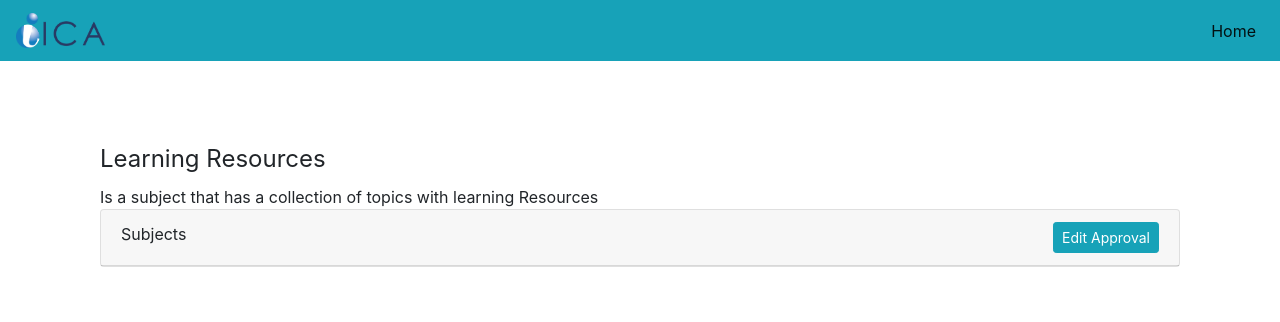
Repository: glorybarcelita/project-ica
Page: http://localhost/learningresources
The author's editor kept a record of every edit. The page is drawn from the files as they stood at one moment, then again after the next edit.
The browser window is 1280 px wide. The pictures show the whole page.
Some web libraries are served in a nearby version. The page is served by the project's Laravel application, run on PHP 8.4 with Laravel 8. Other server files are loaded and not shown. Queries for data that is not in the repository find no rows.

Above is the page before.

### workspace/routes/web.php
<?php

/*
|--------------------------------------------------------------------------
| Web Routes
|--------------------------------------------------------------------------
|
| Here is where you can register web routes for your application. These
| routes are loaded by the RouteServiceProvider within a group which
| contains the "web" middleware group. Now create something great!
|
*/

Route::get('/', function () {
    return view('welcome');
});

Auth::routes();

Route::get('/home', 'HomeController@index')->name('home');

Route::resource('users','UserController')->except(['delete','show1']);
Route::resource('courses','CourseController');
Route::resource('subjects','SubjectController');
Route::resource('syllabus','SyllabusController');
Route::resource('learningresources','LearningResourcesConroller');
Route::resource('subjecttopic','SubjectTopicController');
Route::resource('dashboard','DashboardController');

### workspace/app/Http/Controllers/LearningResourcesConroller.php
<?php

namespace App\Http\Controllers;
use App\Models\Subjects;
use Illuminate\Http\Request;

class LearningResourcesConroller extends Controller
{
    /**
     * Display a listing of the resource.
     *
     * @return \Illuminate\Http\Response
     */
    public function index()
    {
        return view('learningresources.index')
            ->with(
                'subjects',Subjects::all()
            );
    }

    /**
     * Show the form for creating a new resource.
     *
     * @return \Illuminate\Http\Response
     */
    public function create()
    {
        //
    }

    /**
     * Store a newly created resource in storage.
     *
     * @param  \Illuminate\Http\Request  $request
     * @return \Illuminate\Http\Response
     */
    public function store(Request $request)
    {
        //
    }

    /**
     * Display the specified resource.
     *
     * @param  int  $id
     * @return \Illuminate\Http\Response
     */
    public function show($id)
    {
         $subjects = Subjects::find($id);
         return view('subjecttopic.index')->with('subjects', $subjects);
    }

    /**
     * Show the form for editing the specified resource.
     *
     * @param  int  $id
     * @return \Illuminate\Http\Response
     */
    public function edit($id)
    {
        //
    }

    /**
     * Update the specified resource in storage.
     *
     * @param  \Illuminate\Http\Request  $request
     * @param  int  $id
     * @return \Illuminate\Http\Response
     */
    public function update(Request $request, $id)
    {
        //
    }

    /**
     * Remove the specified resource from storage.
     *
     * @param  int  $id
     * @return \Illuminate\Http\Response
     */
    public function destroy($id)
    {
        //
    }
}

### workspace/app/Models/Subjects.php
<?php

namespace App\Models;

use Illuminate\Database\Eloquent\Model;

class Subjects extends Model
{
    public function courses()
    {
        return $this->belongsTo('App\Models\Course','course_id','id');
    }
}

### workspace/resources/views/learningresources/index.blade.php
@extends('layouts..app')
@section('content')
 <div class="container mt-4">
     <legend>Learning Resources</legend>
     <muted>Is a subject that has a collection of topics with learning Resources</muted>
    <div class="card card-info">
        <div class="card-header">
            Subjects
            <a href="" class="btn btn-sm btn-info float-right">Edit Approval</a>
        </div>
        <div class="row">
                @foreach($subjects as $subject)
                <div class="col-sm-3">
                    <div class="card border-info my-3 mx-3" style="max-width: 20rem;">
                      <div class="card-header"><h5><a href="{{ route('learningresources.show',['id' => $subject->id] ) }}" class="label text-info">{{ $subject->name }}</a></h5></div>

                      <div class="card-body">
                          <h6 class="text-info">Description</h6>
                          <p class="card-text">{{ $subject->description }}</p>
                          <h6 class="text-info">Lecturer</h6>
                          <p class="card-text">{{ $subject->user_id}}</p>
                      </div>
                      <div class="card-footer">
                          <button class="btn btn-info" data-toggle="modal" data-target="#updateIcaSubject">Update</button>
                      </div>
                    </div>
                </div>
                @endforeach

        </div>

    </div>
</div>


@endsection

### workspace/resources/views/layouts/app.blade.php
<!DOCTYPE html>
<html lang="{{ app()->getLocale() }}">
<head>
    <meta charset="utf-8">
    <meta http-equiv="X-UA-Compatible" content="IE=edge">
    <meta name="viewport" content="width=device-width, initial-scale=1">

    <!-- CSRF Token -->
    <meta name="csrf-token" content="{{ csrf_token() }}">

    <title>{{ config('app.name', 'Laravel') }}</title>

    <!-- Styles -->
    <link rel="stylesheet" href="https://maxcdn.bootstrapcdn.com/bootstrap/4.0.0-beta.2/css/bootstrap.min.css" integrity="sha384-PsH8R72JQ3SOdhVi3uxftmaW6Vc51MKb0q5P2rRUpPvrszuE4W1povHYgTpBfshb" crossorigin="anonymous">
    @stack('styles')
</head>
<body>
    <div id="app">
        @include('navbar.navbar')
    </div>
    <div class="container" style="margin-top: 80px; margin-bottom: 50px">
        @yield('content')
    </div>




    <!-- Scripts -->
    <script src="https://code.jquery.com/jquery-3.2.1.slim.min.js" integrity="sha384-KJ3o2DKtIkvYIK3UENzmM7KCkRr/rE9/Qpg6aAZGJwFDMVNA/GpGFF93hXpG5KkN" crossorigin="anonymous"></script>
    <script src="https://cdnjs.cloudflare.com/ajax/libs/popper.js/1.12.3/umd/popper.min.js" integrity="sha384-vFJXuSJphROIrBnz7yo7oB41mKfc8JzQZiCq4NCceLEaO4IHwicKwpJf9c9IpFgh" crossorigin="anonymous"></script>
    <script src="https://maxcdn.bootstrapcdn.com/bootstrap/4.0.0-beta.2/js/bootstrap.min.js" integrity="sha384-alpBpkh1PFOepccYVYDB4do5UnbKysX5WZXm3XxPqe5iKTfUKjNkCk9SaVuEZflJ" crossorigin="anonymous"></script>
    @stack('scripts')
</body>
</html>

### workspace/resources/views/navbar/navbar.blade.php
<nav class="navbar navbar-expand-lg navbar-light bg-info" >
    <a class="navbar-brand" href="{{ url('/home') }}"><img src="{{ asset('img/icalogo.png') }}"  width="auto" height="35px"></a>
    <button class="navbar-toggler" type="button" data-toggle="collapse" data-target="#navbarNav" aria-controls="navbarNav" aria-expanded="false" aria-label="Toggle navigation">
        <span class="navbar-toggler-icon"></span>
    </button>
    <div class="collapse navbar-collapse" id="navbarNav">
        <ul class="navbar-nav ml-auto mt-2 mt-lg-0">
            @if(Auth::guest())
            <li class="nav-item active">
                <a class="nav-link" href="{{ url('home') }}">Home <span class="sr-only">(current)</span></a>
            </li>
            @elseif(Auth::user()->role_id == '4')
            <ul class="navbar-nav mr-auto mt-2 mt-lg-0">
                <li class="nav-item">
                    <a class="nav-link" href="{{  route('dashboard.index')  }}">Dashboard <span class="sr-only">(current)</span></a>
                </li>
                <li class="nav-item">
                    <a class="nav-link" href="{{ route('subjects.index') }}">Subjects <span class="sr-only">(current)</span></a>
                </li>

                <li class="nav-item">
                    <a class="nav-link" href="{{ route('learningresources.index') }}">Learning Resources <span class="sr-only">(current)</span></a>
                </li>

                 <li class="nav-item">
                    <a class="nav-link" href="{{ url('academichead/reports') }}">Reports <span class="sr-only">(current)</span></a>
                </li>
            </ul>

             @elseif(Auth::user()->role_id == '3')
             <ul class="navbar-nav mr-auto mt-2 mt-lg-0">
                <li class="nav-item">
                    <a class="nav-link" href="{{ route('icasubject.index') }}">ICA Subjects <span class="sr-only">(current)</span></a>
                </li>
                <li class="nav-item">
                    <a class="nav-link" href="{{ url('lecturer/icasubject') }}">Achiever's Wall <span class="sr-only">(current)</span></a>
                </li>
            </ul>
            @elseif(Auth::user()->role_id == '2')
                <ul class="navbar-nav mr-auto mt-2 mt-lg-0">
                    <li class="nav-item">
                        <a class="nav-link" href="{{ route('dashboard.index')  }}">Dashboard <span class="sr-only">(current)</span></a>
                    </li>
                    <li class="nav-item">
                        <a class="nav-link" href="{{ route('learningresources.index') }}">Learning Resources <span class="sr-only">(current)</span></a>
                    </li>
                    <li class="nav-item">
                        <a class="nav-link" href="#">Achiever's <span class="sr-only">(current)</span></a>
                    </li>

                    <li class="nav-item">
                        <a class="nav-link" href="#">Reports <span class="sr-only">(current)</span></a>
                    </li>

                </ul>
            @elseif(Auth::user()->role_id == '1')

                <ul class="navbar-nav mr-auto mt-2 mt-lg-0">
                    <li class="nav-item">
                        <a class="nav-link" href="{{ route('home') }}">Dashboard <span class="sr-only">(current)</span></a>
                    </li>

                    <li class="nav-item">
                        <a class="nav-link" href="{{ route('courses.index') }}">Courses <span class="sr-only">(current)</span></a>
                    </li>
                    <li class="nav-item">
                        <a class="nav-link" href="{{ route('subjects.index') }}">Subjects <span class="sr-only">(current)</span></a>
                    </li>
                    <li class="nav-item">
                        <a class="nav-link" href="{{ route('users.index') }}">Users <span class="sr-only">(current)</span></a>
                    </li>
                    <!--<li class="nav-item">-->
                    <!--    <a class="nav-link" href="{{ url('registrar/reports') }}">Reports <span class="sr-only">(current)</span></a>-->
                    <!--</li>-->
                </ul>

            @endif
            @auth
            <li class="nav-item dropdown">
                <a class="nav-link dropdown-toggle" id="navbarDropdownMenuLink" data-toggle="dropdown" aria-haspopup="true" aria-expanded="false">
                  <img src="https://www.sparklabs.com/forum/styles/comboot/theme/images/default_avatar.jpg" class="rounded-circle" style="width: 20px; height: 20px" alt="Avatar"/> {{ Auth::user()->first_name }}
                </a>
                <div class="dropdown-menu dropdown-menu-right" aria-labelledby="navbarDropdownMenuLink">

                    <center><h6>ROLE HERE</h6></center>
                    <div class="dropdown-divider"></div>
                    <a class="dropdown-item" href="{{ url('change-password') }}">Change Password</a>
                    <a class="dropdown-item" href="{{ route('logout') }}"
                        onclick="event.preventDefault();
                             document.getElementById('logout-form').submit();">
                        Logout
                    </a>
                    <form id="logout-form" action="{{ route('logout') }}" method="POST" style="display: none;">
                        {{ csrf_field() }}
                    </form>
                </div>
              </li>
              @endauth
        </ul>
    </div>
</nav>

<!--<nav class="navbar navbar-toggleable-md navbar-inverse fixed-top bg-inverse">-->
<!--    <button class="navbar-toggler navbar-toggler-right hidden-lg-up" type="button" data-toggle="collapse" data-target="#navbarsExampleDefault" aria-controls="navbarsExampleDefault" aria-expanded="false" aria-label="Toggle navigation">-->
<!--        <span class="navbar-toggler-icon"></span>-->
<!--    </button>-->
<!--    <a class="navbar-brand" href="#">Dashboard</a>-->

<!--    <div class="collapse navbar-collapse" id="navbarsExampleDefault">-->
<!--        <ul class="navbar-nav ml-auto mt-2 mt-lg-0">-->
<!--            @if(!Auth::guest())-->
<!--            <li class="nav-item active">-->
<!--                <a class="nav-link" href="{{ url('home') }}">Home <span class="sr-only">(current)</span></a>-->
<!--            </li>-->
<!--            <li class="nav-item">-->
<!--                <a class="nav-link" href="{{ url('user/list') }}">Users <span class="sr-only">(current)</span></a>-->
<!--            </li>-->
<!--            <li class="nav-item">-->
<!--                <a class="nav-link" href="{{ route('logout') }}"-->
<!--                    onclick="event.preventDefault();-->
<!--                             document.getElementById('logout-form').submit();">-->
<!--                    Logout-->
<!--                </a>-->

<!--                <form id="logout-form" action="{{ route('logout') }}" method="POST" style="display: none;">-->
<!--                    {{ csrf_field() }}-->
<!--                </form>-->
<!--            </li>-->
<!--            @endif-->
<!--        </ul>-->
<!--    </div>-->
<!--</nav>    -->

Loaded but not shown: workspace/app/Http/Controllers/Auth/LoginController.php (common file); workspace/app/Http/Controllers/Controller.php (common file)

After the next edit:
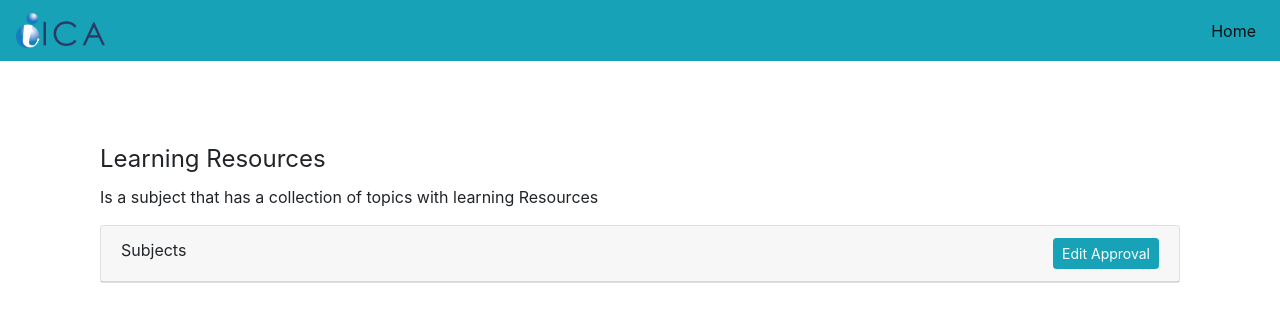
The edit:
--- a/workspace/resources/views/learningresources/index.blade.php
+++ b/workspace/resources/views/learningresources/index.blade.php
@@ -3,7 +3,7 @@
  <div class="container mt-4">
      <legend>Learning Resources</legend>
      <muted>Is a subject that has a collection of topics with learning Resources</muted>
-    <div class="card card-info">
+    <div class="card card-info mt-3">
         <div class="card-header">
             Subjects
             <a href="" class="btn btn-sm btn-info float-right">Edit Approval</a>
